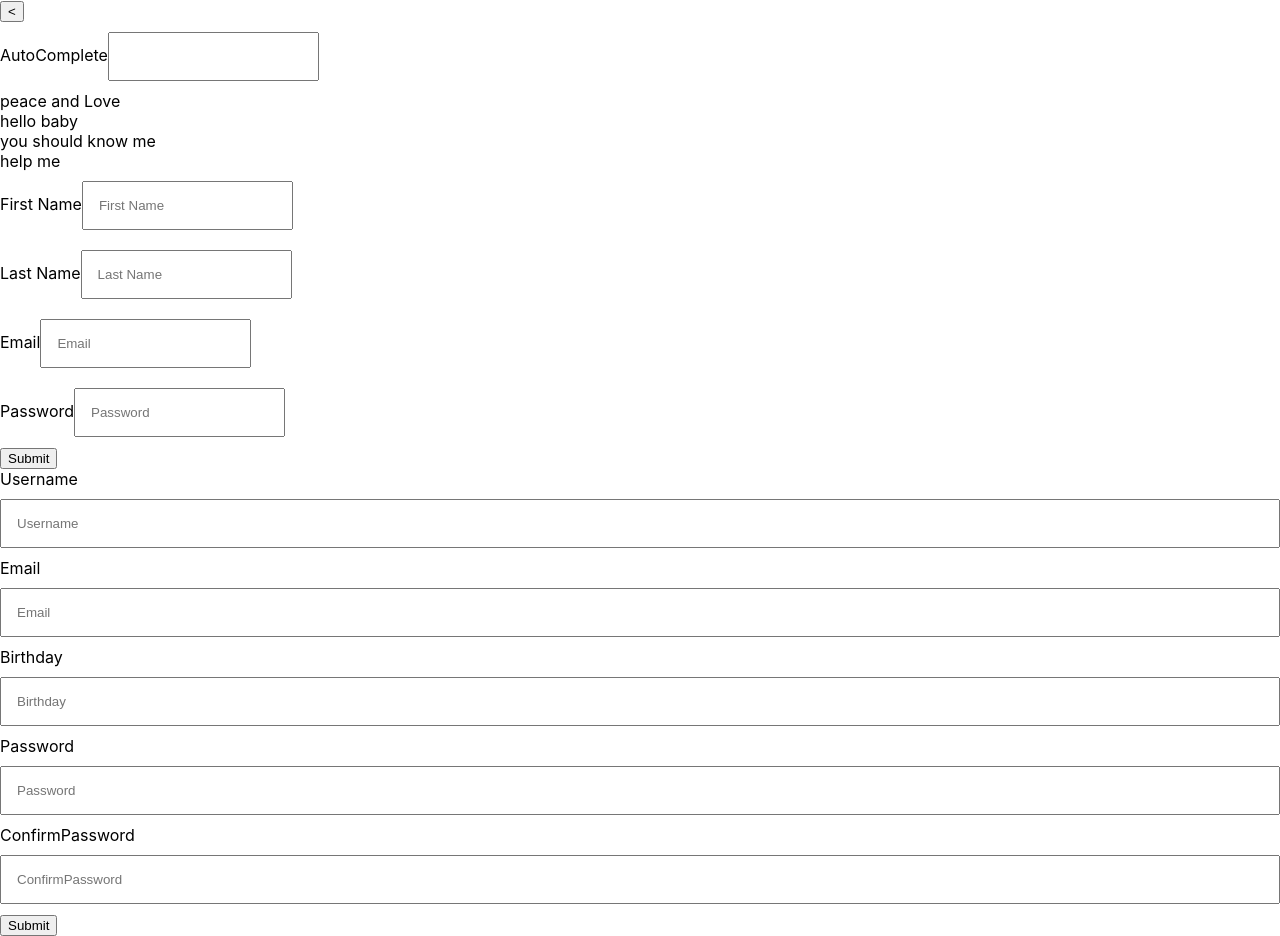
Repository: Jimmy-Lu-iK/Demo-UI
Page: /
These files come from the project's save history. The page is drawn as it stood at one moment and after the next save; the edit follows.
The browser window is 1280 px wide. The pictures show the whole page.
The project was rebuilt for these pictures with package versions that can differ from the ones it lists, and the page was loaded fresh each time. Also part of the build but not shown: src/App.css, src/components/Option.js, src/Js/ArrayBuiltIn.js, src/Js/Word.js.

Above is the page before, as saved 2023-02-12 20:08:29.

### src/App.js
import './App.css';
import AutoComplete from './components/AutoComplete';
import Dropdown from './components/Dorpdown';
import Form from './components/Form';
import FormValidate from './components/FormValidate';
import ArrayBuiltIn from './Js/ArrayBuiltIn';
import Word from './Js/Word';

const App = () => {
  return <div className='app'>
    <Dropdown />
    <AutoComplete />
    <FormValidate />
    <Form />
    {/* <ArrayBuiltIn /> */}
    {/* <Word sentence="hello my name hello is Jinming I want to make friend with you let us to be good friends forever"/> */}
  </div>
};


export default App;

### src/components/AutoComplete.js
import { useState } from "react"

function AutoComplete() {
  const [value, setValue] = useState('')

  const filmList = ['peace and Love',' hello baby', 'you should know me', 'help me']

  const handleChange = (e) => {
    setValue(e.target.value)
  }

  const handleClick = (film) => {
    setValue(film)
  }

  const filteredFilms = filmList.filter((film) => {
    return film.toLowerCase().includes(value.toLowerCase())
  })

  const content= filteredFilms.map((film,index) => {
    return <div key={index} onClick={()=>handleClick(film)}>{film}</div>
  })


  return <div>
    AutoComplete
    <input value={value} onChange={handleChange} />
    <div>
      {content}
    </div>
  </div>
}

export default AutoComplete

### src/components/Dorpdown.js
import { useState } from "react"
import Option from "./Option"

function Dropdown() {
  const [options, setOptions] = useState(['item1','item2'])
  const [select, setSelect] = useState('')
  const [open, setOpen] = useState(false)
  const [add, setAdd] = useState(false)
  const [value, setValue] = useState('')

  const handleChoose = (option) => {
    setSelect(option)
    setOpen(false)
  }

  const handleAdd = (event) => {
    console.log(event)
    setAdd(true)
  }

  const handleChange = (e) => {
    setValue(e.target.value)
  }

  const hanldeSubmit = (e) => {
    e.preventDefault();
    setOptions([...options, value])
    setAdd(false)
  }

  const hanldeOpen = () => {
    setOpen(!open)
  }

  const hanldeEdit = (option,index,newValue) => {
    let newOptions = [...options]

    if(newValue) {
      newOptions[index] = newValue
      setOptions(newOptions)
    } else {
      let newNewOption = newOptions.slice(0,index).concat(newOptions.slice(index+1,newOptions.length-1))
      setOptions(newNewOption)
    }
  }

  const displayContent = <div>{select} <button onClick={hanldeOpen}>{'<'}</button></div>

  const optionsContent = options.map((option,index) => {
    return <Option
            option={option}
            index={index}
            key={option}
            handleChoose={handleChoose}
            handleEdit={hanldeEdit}
          />
  })

  const addContent = add
    ? <form onSubmit={hanldeSubmit}><label>New</label><input value={value} onChange={handleChange}></input><button>Add</button></form>
    : <li onClick={handleAdd}>Add</li>

  return <div>
    {displayContent}
    {open && optionsContent}
    {open && addContent}
  </div>
}

export default Dropdown

### src/components/Form.js
import { useState } from "react";
import FormInput from "./FormInput";

function Form() {
  // const [username, setUsername] = useState('')
  // const [email, setEmail] = useState('')
  // const [fullname, setFullname] = useState('')

  const [values, setValues] = useState({
    username: "",
    email: '',
    birthday: '',
    password: '',
    confirmPassword: '',
  });

  const inputs = [
    {
      id:1,
      name:'username',
      type:"text",
      placeholder: 'Username',
      label: 'Username'
    },
    {
      id:2,
      name:'email',
      type:"text",
      placeholder: 'Email',
      label: 'Email'
    },
    {
      id:3,
      name:'birthday',
      type:"text",
      placeholder: 'Birthday',
      label: 'Birthday'
    },
    {
      id:4,
      name:'password',
      type:"text",
      placeholder: 'Password',
      label: 'Password'
    },
    {
      id:5,
      name:'confirmPassword',
      type:"text",
      placeholder: 'ConfirmPassword',
      label: 'ConfirmPassword'
    },
  ]

  const handleSubmit = (e) => {
    e.preventDefault();

  }

  const handleChange = (e) => {
    setValues({...values, [e.target.name]: e.target.value})
  }

  return <div>
    <form className='input-form' onSubmit={handleSubmit}>
      {inputs.map((input) => {
        return <FormInput key={input.id} {...input} value={values[input.name]} onChange={handleChange} />
      })}
      <button>Submit</button>
    </form>
  </div>
}

export default Form;

### src/components/FormValidate.js
import { useState } from "react"
import validator from 'validator';

function FormValidate() {
  const [firstName, setFirstName] = useState('')
  const [lastName, setLastNamee] = useState('')
  const [email, setEmail] = useState('')
  const [password, setPassword] = useState('')

  const handleSubmit = (e) => {
    e.preventDefault();

    const validation = validator.isEmail(email)
    if(validation) {
      alert('success!')
    } else {
      alert('fail!')
    }
  }

  const handleFN = (e) => {
    setFirstName(e.target.value)
  }

  const handleLN = (e) => {
    setLastNamee(e.target.value)
  }

  const handleEmail = (e) => {
    setEmail(e.target.value)
  }

  const handlePassword = (e) => {
    setPassword(e.target.value)
  }

  return (
    <div>
      <form style={{display: 'flex-column'}} onSubmit={handleSubmit}>
        <div>
          <label>First Name</label>
          <input placeholder='First Name' type="text" value={firstName} onChange={handleFN} />
        </div>
        <div>
          <label>Last Name</label>
          <input placeholder='Last Name' type="text" value={lastName} onChange={handleLN} />
        </div>
        <div>
          <label>Email</label>
          <input placeholder='Email' type="text" value={email} onChange={handleEmail} />
        </div>
        <div>
          <label>Password</label>
          <input placeholder='Password' type="text" value={password} onChange={handlePassword} />
        </div>
        <button type='submit'>Submit</button>
      </form>
    </div>
  )
}

export default FormValidate

### src/components/FormInput.js
import './FormInput.css'

function FormInput(props) {
  const { label, onChange, id, ...inputProps } = props

  return <div className="formInput">
    <label>{label}</label>
    <input
      {...inputProps}
      onChange={onChange}
    />
  </div>
}

export default FormInput

### src/components/FormInput.css
.formInput {
  display: flex;
  flex-direction: column;
}

input {
  padding: 15px;
  margin: 10px 0;
}

Loaded but not shown: public/index.html (common file); src/index.js (common file); src/index.css (common file)

After the next save:
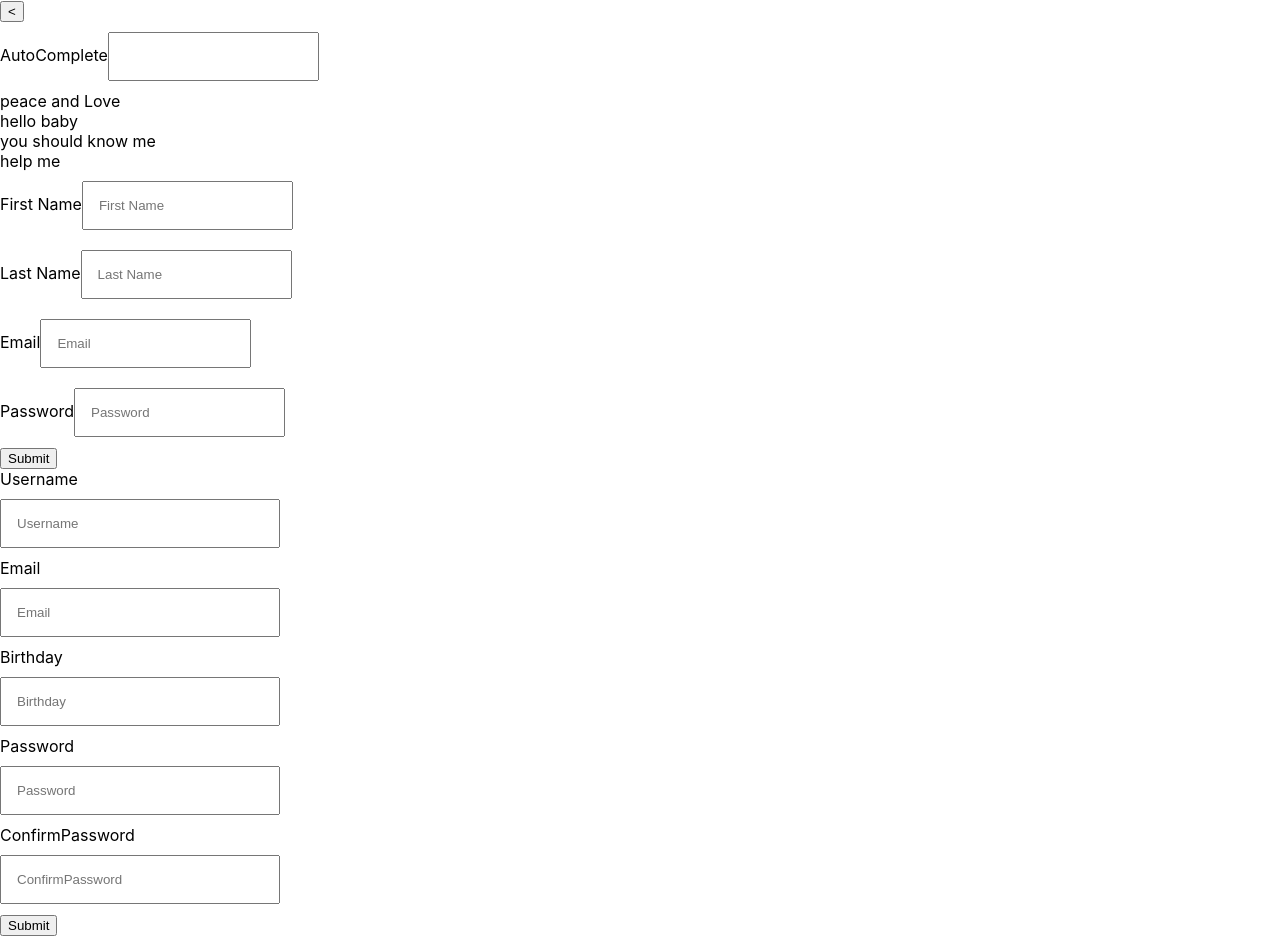
Saved 16 s later.
--- a/src/components/FormInput.css
+++ b/src/components/FormInput.css
@@ -1,6 +1,7 @@
 .formInput {
   display: flex;
   flex-direction: column;
+  width: 280px;
 }
 
 input {
